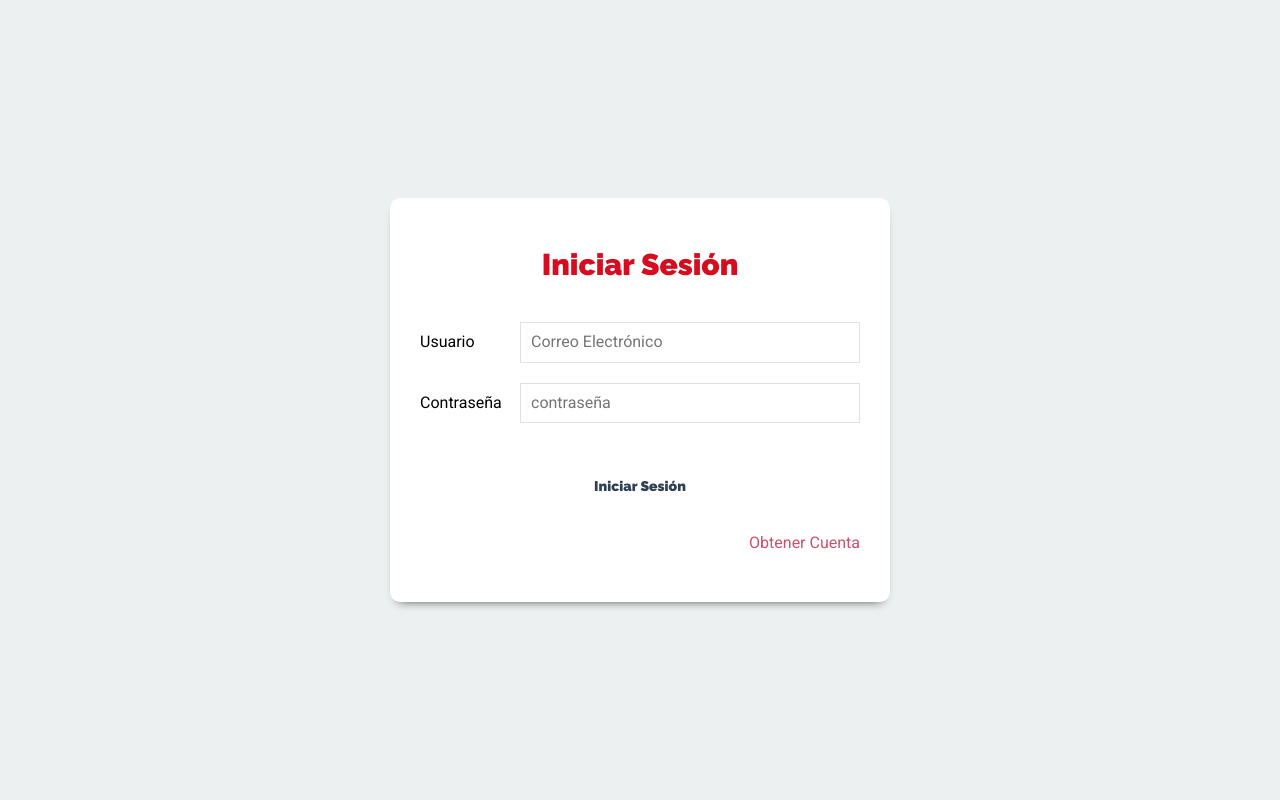
Repository: andrescovarrubias/admin-proyectos
Page: / (app in cliente/)
An editor plug-in stored every save of this project. The page is shown before and after the next save, followed by the edit.
The browser window is 1280 px wide. The pictures show the whole page.
The project was rebuilt for these pictures with package versions that can differ from the ones it lists, and the page was loaded fresh each time. Also part of the build but not shown: cliente/src/components/auth/NuevaCuenta.jsx, cliente/src/components/proyectos/NuevoProyecto.jsx, cliente/src/components/layout/SideBar.jsx, cliente/src/components/proyectos/Proyectos.jsx.

Above is the page before, as saved 2020-10-31 17:36:36.

After the next save:
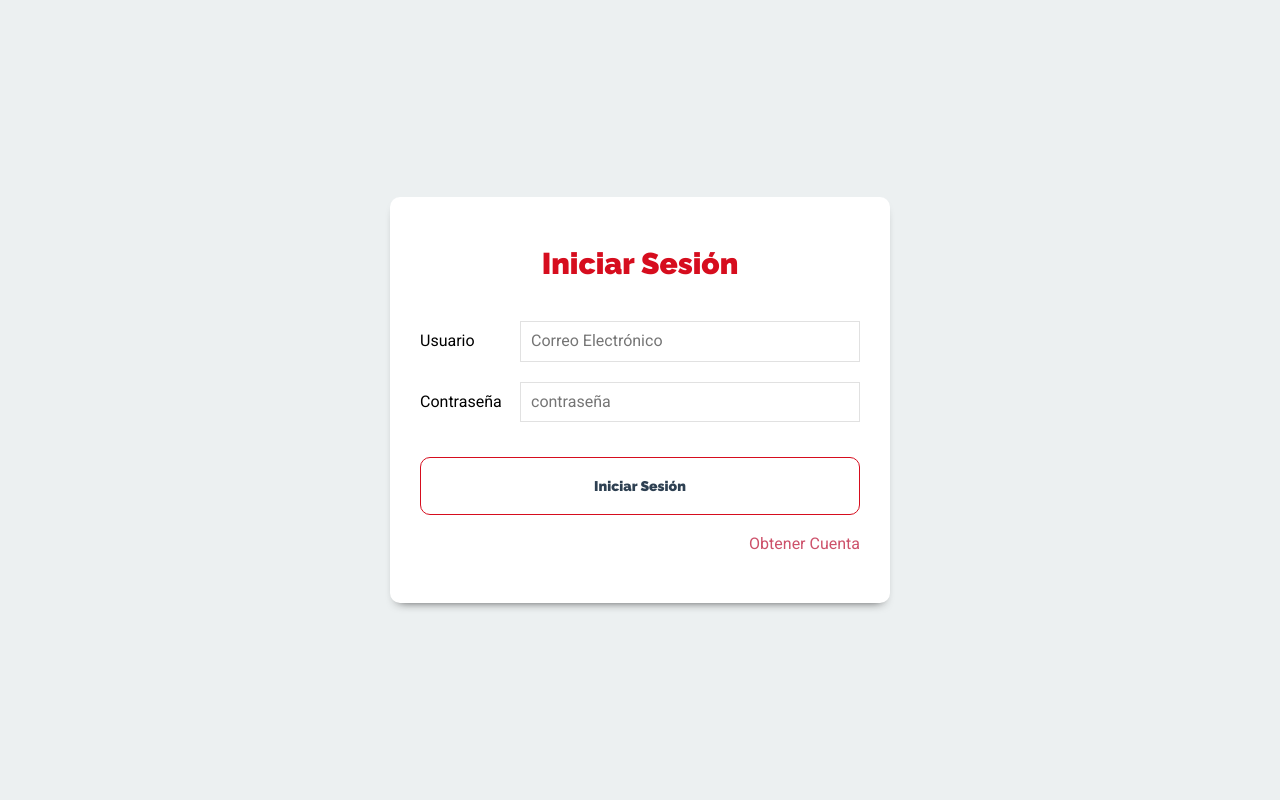
Saved 9 s later.
--- a/cliente/src/index.css
+++ b/cliente/src/index.css
@@ -66,7 +66,7 @@ a {
   font-size: 14px;
   font-weight: bold;
   border-radius: 10px;
-  border: #d60d1e;
+  border: 1px solid #d60d1e;
   transition: background-color 0.3s ease;
 }
 .btn:hover {
